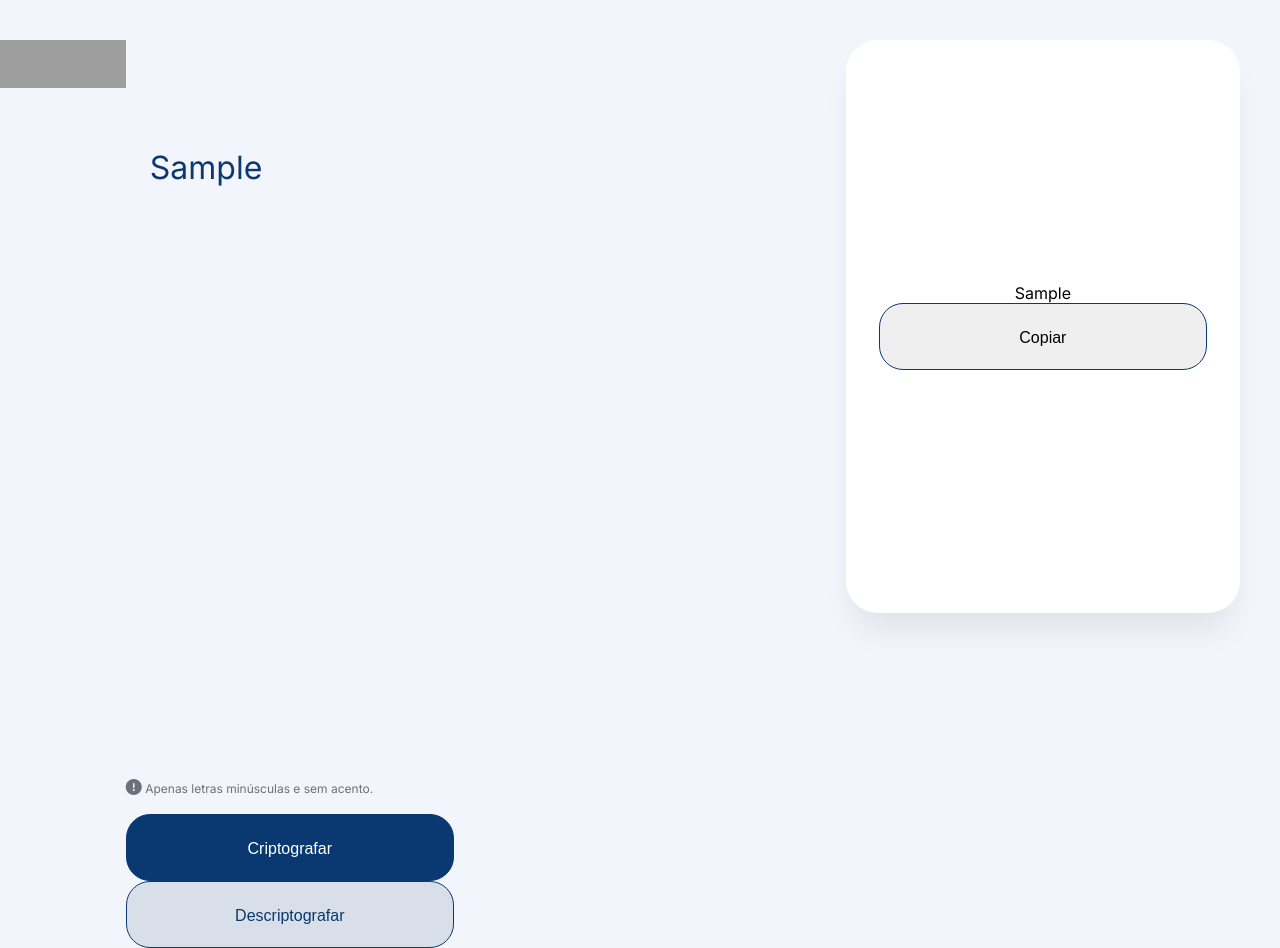
Repository: CarlosEduardoVdeOliveira/descodificador-de-texto
Page: index.html
An editor plug-in stored every save of this project. The page is shown before and after the next save, followed by the edit.
The browser window is 1280 px wide. The pictures show the whole page.
Empty fields were first filled with sample values (such as "Sample", 5 or name@example.com).
After loading, the first visible `button.button-cryptography` was clicked once.
Pictures or frames that could not be fetched are drawn as grey boxes.

Above is the page before, as saved 2023-04-12 09:33:40.

After the next save:
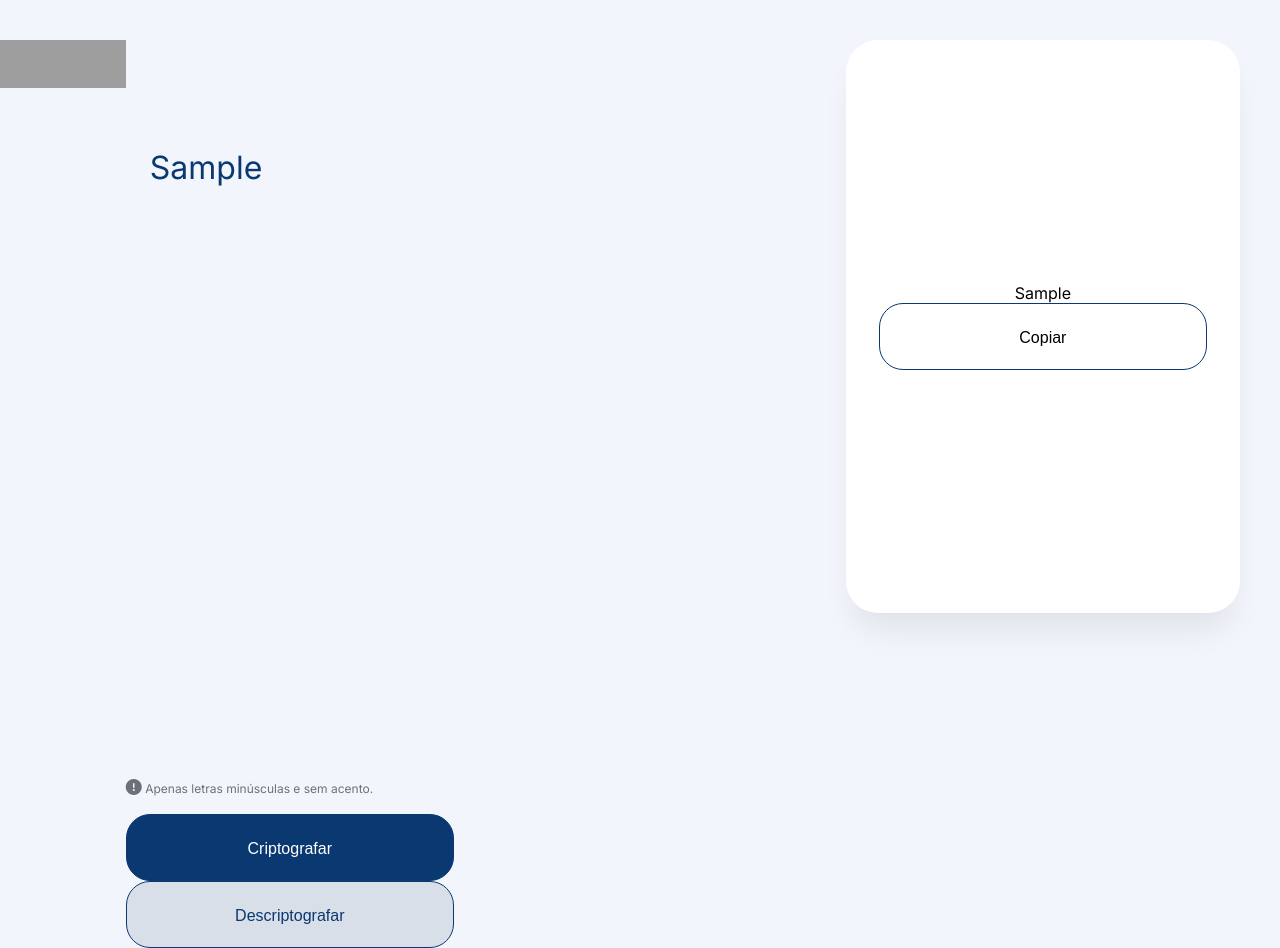
Saved 9 s later.
--- a/public/styles/index.css
+++ b/public/styles/index.css
@@ -106,5 +106,5 @@ button{
 .format-text-cryption{}
 
 .button-copy-cryption{
-   background-color: var();
+   background-color: white;
 }
